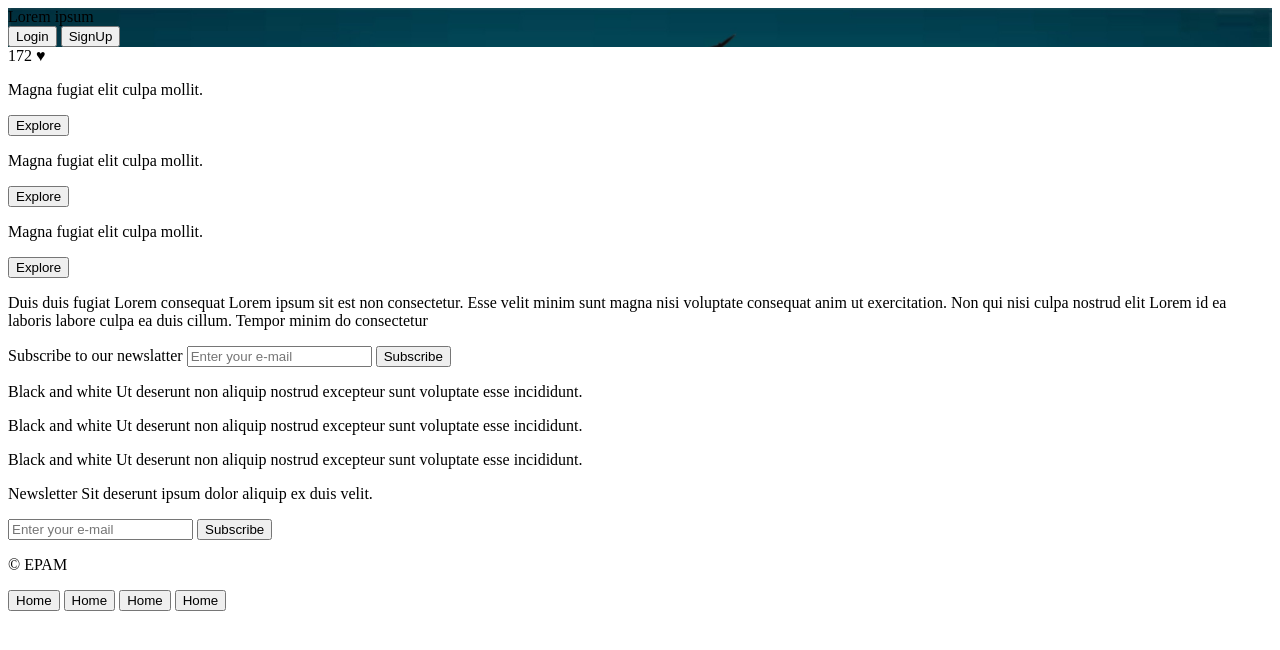
Repository: M1shkaBear/FLX
Page: FLX_homework_4/homework/index.html
These files come from the project's save history. The page is drawn as it stood at one moment and after the next save; the edit follows.
The browser window is 1280 px wide. The pictures show the whole page.

Above is the page before, as saved 2019-01-29 04:07:57.

After the next save:
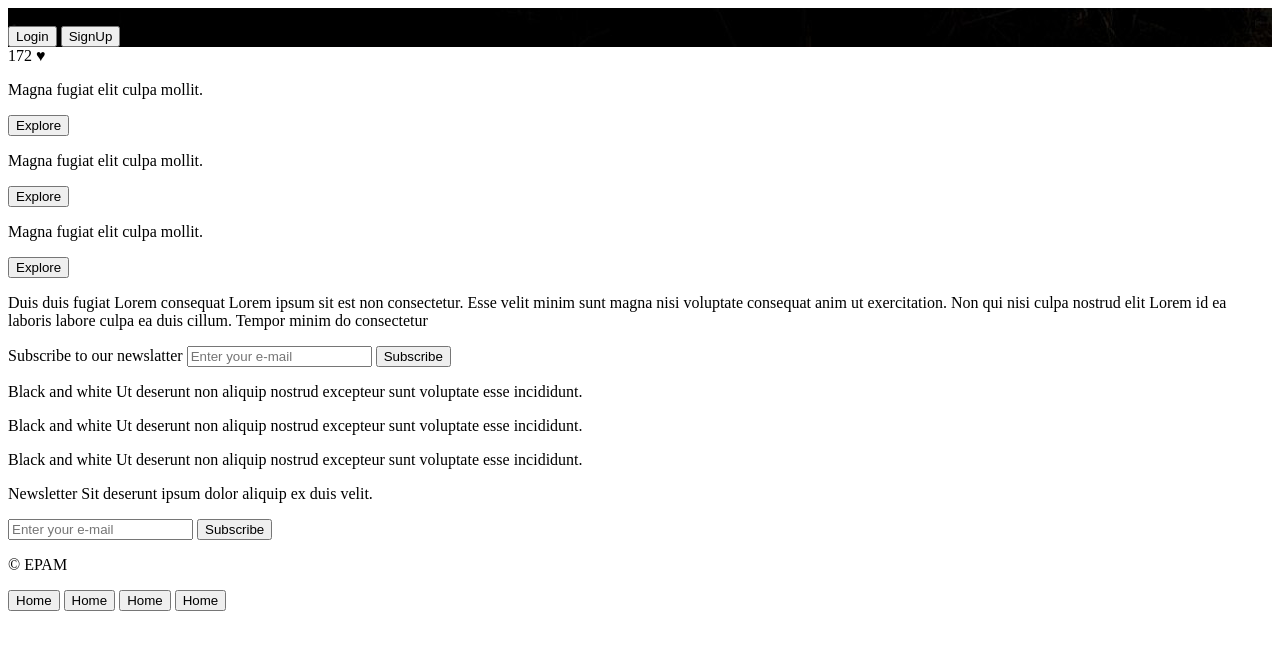
Saved 21 s later.
--- a/FLX_homework_4/homework/css/style.css
+++ b/FLX_homework_4/homework/css/style.css
@@ -1,4 +1,3 @@
 .header {
-  background: url("../img/sample2.jpg");
-  background-size: cover;
+  background: url("../img/sample2.jpg") 100% 100% no-repeat;
 }
